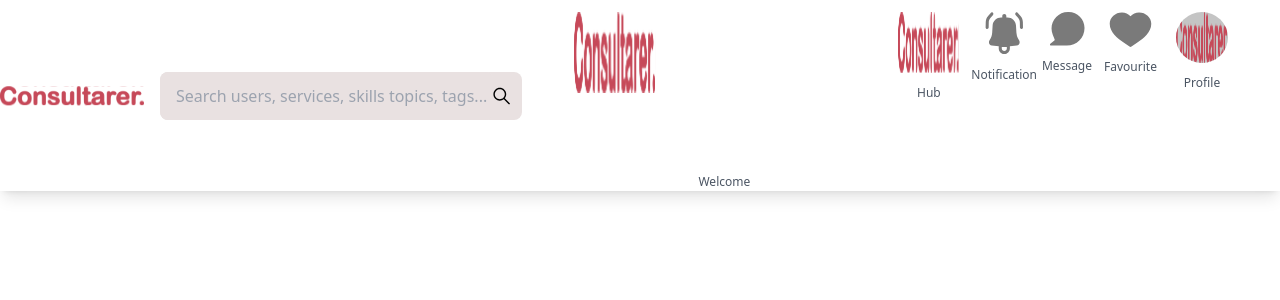
Repository: hisreal123/Consultarer
Page: /
These files come from the project's save history. The page is drawn as it stood at one moment and after the next save; the edit follows.
The browser window is 1280 px wide. The pictures show the whole page.
The project was rebuilt for these pictures with package versions that can differ from the ones it lists, and the page was loaded fresh each time. The framework's server and built-in components were replaced by stand-ins that run in the browser. Also part of the build but not shown: next.config.js, webpack.config.js.

Above is the page before, as saved 2022-04-19 16:51:13.

### pages/index.js
import Head from "next/head";
import Image from "next/image";
import { TopNav } from "../components/TopNav/TopNav";

export default function Home() {
  return (
    <div className="">
      <Head>
        <title>Create Next App</title>
        <meta name="description" content="Generated by create next app" />
        <link rel="icon" href="/favicon.ico" />
      </Head>

      <main>
        <TopNav />
      </main>
    </div>
  );
}

### components/TopNav/TopNav.js
import Link from "next/link";
import React from "react";
import NavItems from "./NavItems";
import LogoPng from "../svgs/jpegLogo.jpg";
import Logo from "../svgs/logo.svg";

// svg-icons
import Briefcase from "../svgs/briefcase.svg";
import Hub from "../svgs/ash-02.svg";
import Bell from "../svgs/bell.svg";
import Msg from "../svgs/msg.svg";
import Fav from "../svgs/fav.svg";
import Profile from "../svgs/unsplash_x9cXI2eQLBw.svg";
import Search from "./Search";
import Image from "next/image";

export const TopNav = () => {
  const IcconStyle = "text-[32px]";

  return (
    <div className=" shadow-lg h-100">
      <div className=" relative container mx-auto flex items-center w-screen justify-between">
        <div className="logo relative  ">
          <Logo className="text-9xl fit h-10 w-36 " />
        </div>

        {/* Search Comonent */}
        <Search widthStyle="w-[603px] ml-4 hover:text-green-400 " />

        {/* NAv right*/}
        <div className="nav inline-flex text-center flex-1 mx-10 justify-between">
          <NavItems
            title="Welcome"
            icon={<Briefcase className={IcconStyle} />}
          />
          <NavItems title="Hub" icon={<Hub className={IcconStyle} />} />

          <NavItems
            title="Notification"
            icon={<Bell className={IcconStyle} />}
          />

          <NavItems title="Message" icon={<Msg className={IcconStyle} />} />

          <NavItems title="Favourite" icon={<Fav className={IcconStyle} />} />

          <NavItems title="Profile" icon={<Profile className={IcconStyle} />} />
        </div>
      </div>
    </div>
  );
};

### components/TopNav/NavItems.js
import Link from "next/link";
import React from "react";

const NavItems = ({ title, icon, status }) => {
  return (
    <nav>
      <ul>
        <li>
          <Link href="/#" passHref={true} className="group ">
            <a className="lg:flex lg:flex-col lg:items-center hover:text-black lg:text-gray-600 lg:text-xs  trasition lg:border-b lg:hover:border-b-2  lg:border-black lg:border-b-white">
              <span className="hover:text-green block lg:p-3  ">{icon}</span>
              <span className="font-normal hover:scale-105 transition-all">
                {title}

                {status ? "" : " "}
              </span>
            </a>
          </Link>
        </li>
      </ul>
    </nav>
  );
};

export default NavItems;

### components/TopNav/Search.js
import React from "react";
import SearchIcon from "../svgs/search.svg";

const Search = ({widthStyle}) => {
  return (
    <div className={`transition hover:shadow-md  flex items-center  relative bg-[#E9E1E1] justify-between pr-3 rounded-lg group ${widthStyle}` } >
      <input
        type="text"
        name="search"
        id="search"
        placeholder="Search users, services, skills topics, tags... "
        className=" bg-[#E9E1E1] py-3 pl-4 w-full rounded-lg border-0 focus:outline-0 text-gray-600"
      />
      <SearchIcon className='transition hover:scale-105 cursor-pointer  '/>
    </div>
  );
};

export default Search;

Loaded but not shown: pages/_app.js (common file); styles/globals.css (common file); tailwind.config.js (common file)

After the next save:
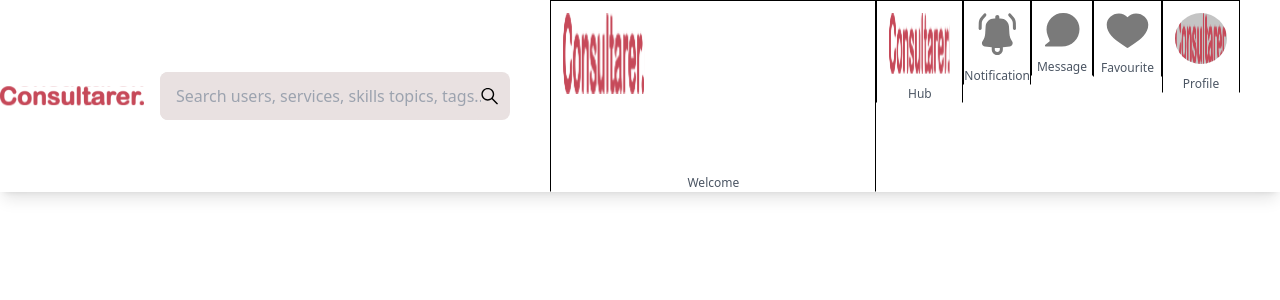
Saved 14 s later.
--- a/components/TopNav/NavItems.js
+++ b/components/TopNav/NavItems.js
@@ -7,7 +7,7 @@
       <ul>
         <li>
           <Link href="/#" passHref={true} className="group ">
-            <a className="lg:flex lg:flex-col lg:items-center hover:text-black lg:text-gray-600 lg:text-xs  trasition lg:border-b lg:hover:border-b-2  lg:border-black lg:border-b-white">
+            <a className="lg:flex lg:flex-col lg:items-center hover:text-black lg:text-gray-600 lg:text-xs  trasition lg:border lg:hover:border-b-2  lg:border-black lg:border-b-white">
               <span className="hover:text-green block lg:p-3  ">{icon}</span>
               <span className="font-normal hover:scale-105 transition-all">
                 {title}
